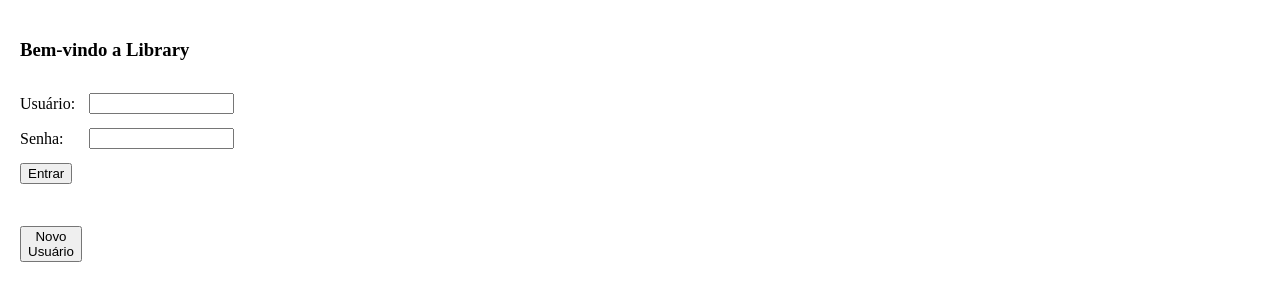
Repository: lmsmorais/ProjectEpiousion
Page: http://localhost/LibraryProject/
The author's editor kept a copy of each file at every save. The page is drawn from the files as they stood at one save, then again after the next save.
The browser window is 1280 px wide. The pictures show the whole page.
The page is served by Tomcat 9.

Above is the page before, as saved 2020-11-11 20:41:08.

After the next save:
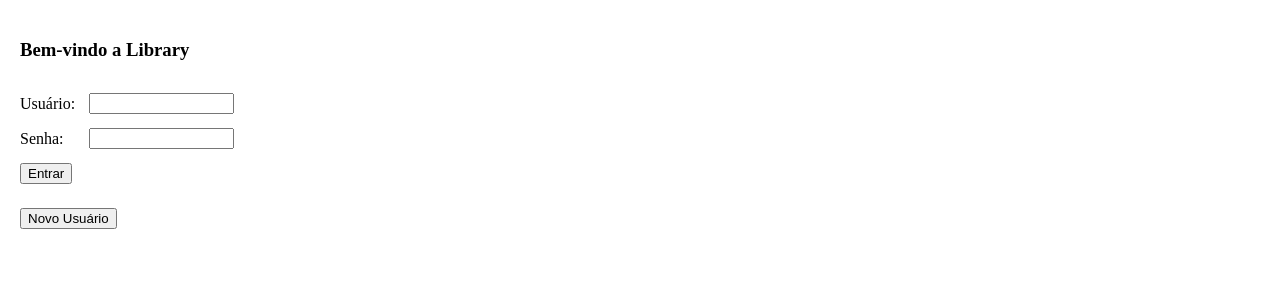
Saved 43 s later.
--- a/LibraryProject/WebContent/index.jsp
+++ b/LibraryProject/WebContent/index.jsp
@@ -29,9 +29,8 @@
 
 			</table>
 		</form>
-		<br>
 		<form method="post" action='${pageContext.request.contextPath}/Login'>
-		<table cellspacing="10" cellpadding="2" width="5%">
+		<table cellspacing="10" cellpadding="2" width="10%">
 			<tr>
 				<td><button type="submit">Novo Usuário</button></td>
 			</tr>
